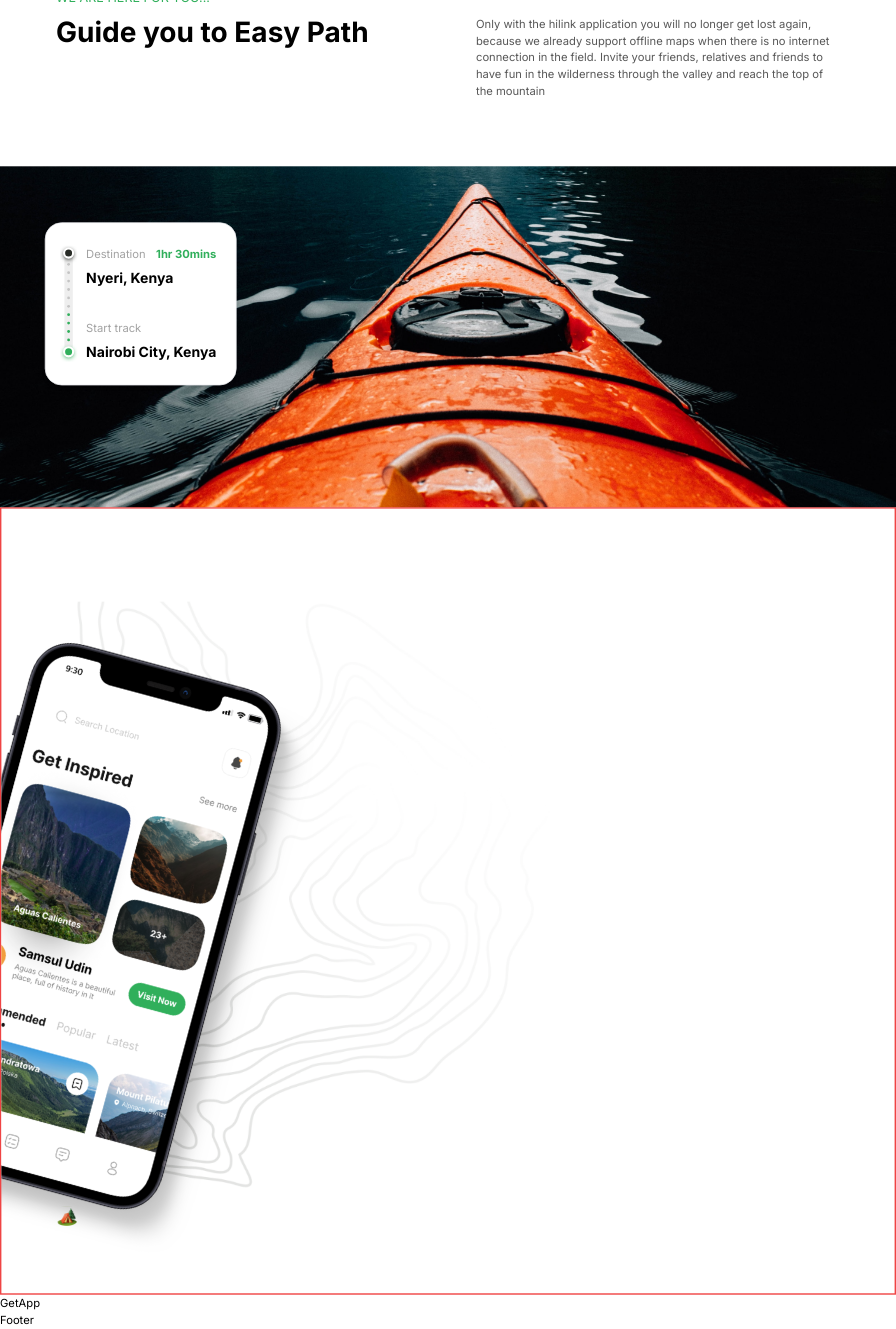
Repository: martin-raphael/travel_agency
Page: /
These files come from the project's save history. The page is drawn as it stood at one moment and after the next save; the edit follows.
The browser window is 1280 px wide. The pictures show the part of the page from y = 1891 to 3811 px (the page is 3789 px tall before and 3811 px after), at 70% of full size.
The project was rebuilt for these pictures with package versions that can differ from the ones it lists, and the page was loaded fresh each time. The framework's server and built-in components were replaced by stand-ins that run in the browser. Also part of the build but not shown: next.config.mjs.

Above is the page before, as saved 2024-08-09 00:54:12.

### app/layout.tsx
import type { Metadata } from "next";
import Navbar from "@/components/Navbar";
import Footer from "@/components/Footer";
import "./globals.css";

export const metadata: Metadata = {
  title: "Travel App",
  description: "Beauty of Nature",
};

export default function RootLayout({
  children,
}: Readonly<{
  children: React.ReactNode;
}>) {
  return (
    <html lang="en">
      <body>
        <Navbar />
        <main className="relative overflow-hidden">{children}</main>
        <Footer />
      </body>
    </html>
  );
}

### components/Navbar.tsx
import { NAV_LINKS } from "@/constants";
import Image from "next/image";
import Link from "next/link";
import React from "react";
import Button from "./Button";

const Navbar = () => {
  return (
    <nav className=" flexBetween max-container padding-container relative z-30 py-3">
      <Link href="/">
        <Image src="/hilink-logo.svg" alt="logo" width={74} height={29} />
      </Link>
      <ul className="hidden h-full gap-12 lg:flex">
        {NAV_LINKS.map((link) => (
          <Link
            href={link.href}
            key={link.key}
            className="regular-16 text-gray-50 flexCenter cursor-pointer pb-1.5 transition-all hover:font-bold"
          >
            {link.label}
          </Link>
        ))}
      </ul>

      <div className=" lg:flexCenter hidden">
        <Button
          type="button"
          title="Get Started"
          icon="/user.svg"
          variant="btn_dark_green"
        />
      </div>
      <Image
        src="menu.svg"
        alt="menu"
        width={32}
        height={32}
        className="inline-block cursor-pointer lg:hidden"
      />
    </nav>
  );
};

export default Navbar;

### components/Camp.tsx
import { PEOPLE_URL } from "@/constants";
import Image from "next/image";
import React from "react";
interface CampProps {
  backgroundImage: string;
  title: string;
  subtitle: string;
  peopleJoined: string;
}

const CampSite = ({
  backgroundImage,
  title,
  subtitle,
  peopleJoined,
}: CampProps) => {
  return (
    <div
      className={`h-full w-full min-w-[1100px] ${backgroundImage}
  bg-cover bg-no-repeat lg:rounded-r-5xl 2xl:rounded-5xl`}
    >
      <div className="flex h-full flex-col items-start justify-between p-6 lg:px-20 lg:py-10">
        <div className="flexCenter gap-4">
          <div className="rounded-full bg-green-50 p-4">
            <Image
            src="/folded-map.svg"
            alt="map"
            width={28}
            height={28} />
          </div>
          <div className="flex flex-col gap-1">
            <h4 className="bold-18 text-white"> {title}</h4>
            <p className="regular-14 text-white"> {subtitle}</p>
          </div>
        </div>

        <div className="flexCenter gap-6 ">
          <span className="flex -space-x-4 overflow-hidden">
            {PEOPLE_URL.map((url) => (
              <Image
              className="inline-block h-10 w-10 rounded-full"
              src={url}
              key={url}
              alt="people"
              width={52}
              height={52} />
            ))}
          </span>
          <p className="bold-16 md:bold-20 text-white"> {peopleJoined}</p>
        </div>
      </div>
    </div>
  );
};

const Camp = () => {
  return (
    <section
      className=" 2xl:max-container relative flex flex-col py-10 lg:mb-10 lg:py-20 xl:mb-20"
    >
      <div
        className="hide-scrollbar flex h-[340px] w-full items-start
      justify-start gap-8 overflow-x-auto lg:h-[400px] xl:h-[640px]"
      >
        <CampSite
          backgroundImage="bg-bg-img-1"
          title="Luxury Camp site"
          subtitle="Nyeri, Kenya"
          peopleJoined="300+ visited"
        />
        <CampSite
         backgroundImage="bg-bg-img-2"
         title="The Ranch Camp site"
         subtitle="Kirinyaga, Kenya"
         peopleJoined="800+ visited" />
      </div>
      <div className="flexEnd mt-10 px-6 lg:-mt-60 lg:mr-6">
          <div className="bg-green-50 p-8 lg:max-w-[500px] xl:max-w-[734px]
          xl:rounded-5xl xl:px-16 xl:py-20 relative w-full overflow-hidden rounded-3xl">
            <h2 className="regular-24 md:regular-32 2xl:regular-64 capitalize text-white">
              <strong>Feeling lost</strong> and you want to explore the Central Kenya?
            </h2>
            <p className="regular-14 xl:regular-16 mt-5 text-white">Starting from the anxiety of the climbers when visiting a new climbing location, the possibility of getting lost is very large.
               That&apos;s why we are here for those of you who want to start an adventure.</p>

               <Image src="/quote.svg" alt="Quote" width={186} height={219} className="camp-quote"/>

          </div>
      </div>
    </section>
  );
};

export default Camp;

### components/Features.tsx
import Image from "next/image";
import React from "react";

const Features = () => {
  return (
    <section
      className="border-2 border-red-500 flex-col flexCenter overflow-hidden bg-feature-bg
    bg-center bg-no-repeat py-24"
    >
      <div className="max-container padding-container relative w-full justify-end">
        <div className="flex flex-1 lg:min-h-[900px]">
          <Image
          className="feature-phone"
          src="/phone.png"
          alt="phone"
          width={440}
          height={1000}/>
        </div>
        <div className="z-20 flex w-full flex-col lg:w-[60%]">
          <div className="relative">
            <Image
            src="/camp.svg"
            alt="camp"
            width={28}
            height={28}/>

          </div>

        </div>
      </div>
    </section>
  );
};

export default Features;

### components/Guide.tsx
import Image from "next/image";
import React from "react";

const Guide = () => {
  return (
    <section className="flexCenter flex-col">
      <div className=" padding-container max-container w-full pb-24">
        <Image src="/camp.svg" alt="camp" width={50} height={50} />
        <p className="uppercase regular-18 -mt-1 mb-3 text-green-50">
          We are here for you...
        </p>
        <div className="flex flex-wrap justify-between gap-5 lg:gap-10">
          <h2 className="bold-40 lg:bold-60 xl:mx-w-[390px]">
            Guide you to Easy Path
          </h2>
          <p className="regular-16 text-gray-50 xl:max-w-[520px]">
            Only with the hilink application you will no longer get lost again,
            because we already support offline maps when there is no internet
            connection in the field. Invite your friends, relatives and friends
            to have fun in the wilderness through the valley and reach the top
            of the mountain
          </p>
        </div>
      </div>
      <div className="flexCenter max-container relative w-full ">
        <Image
          className="w-full object-cover object-center 2xl:rounded-5xl"
          src="/boat.png"
          alt="boat"
          width={1440}
          height={580}
        />

        <div className="absolute flex bg-white py-8 pl-5 pr-7 gap-3 rounded-3xl border
        shadow-md md:left-[5%] lg:top-20">
          <Image
          className="h-full w-auto"
          src="/meter.svg"
          alt="meter"
          width={16}
          height={158}/>
          <div className="flexBetween flex-col">
              <div className="flex w-full flex-col">
                <div className="flexBetween w-full">
                  <p className="regular-16 text-gray-20">Destination </p>
                  <p className="bold-16 text-green-50"> 1hr 30mins</p>
                </div>
                <p className="bold-20 mt-2">Nyeri, Kenya</p>
              </div>
              <div className="flex w-full flex-col">
                  <p className="regular-16 text-gray-20">Start track </p>
                  <h4 className="bold-20 mt-2 whitespace-nowrap"> Nairobi City, Kenya</h4>
              </div>
          </div>

        </div>
      </div>
    </section>
  );
};

export default Guide;

### components/Hero.tsx
import Image from "next/image";
import React from "react";
import Button from "./Button";

const Hero = () => {
  return (
    <section
      className=" max-container padding-container flex
    flex-col gap-20 lg:py-20 py-10 pb-32 md:gap-28 xl:flex-row
    "
    >
      <div className="hero-map" />

      {/* LEFT SIDE-*/}

      <div className="relative z-20 flex flex-1 flex-col xl:w-1/2">
        <Image
          src="/camp.svg"
          alt="camp"
          width={50}
          height={50}
          className="absolute left-[-5px] top-[-30px] w-10 lg:w-[50px]"
        />
        <h1 className="bold-52 lg:bold-88"> Central Kenya Camp Site</h1>
        <p className="regular-16 mt-6 text-gray-30 xl:max-w-[520px]">
          We want to be on each of your journeys seeking the satisfaction of
          seeing the incorruptible beauty of nature. We can help you on an
          adventure around the world in just one app
        </p>

        <div className="my-11 flex flex-wrap gap-5">
          <div className="flex items-center gap-2">
            {Array(5)
              .fill(1)
              .map((_, index) => (
                <Image
                  src="/star.svg"
                  alt="Ratings"
                  key={index}
                  width={24}
                  height={24}
                />
              ))}
          </div>
          <p className="bold-16 lg:bold-20 text-blue-70">
            200K
            <span className="regular-16 lg:regular-20 ml-1 underline">
              Excellent Reviews
            </span>
          </p>
        </div>
        <div className="flex flex-col w-full gap-3 sm:flex-row">
          <Button type="button" title="Download App" variant="btn_green" />

          <Button
            type="button"
            title="How we work? "
            icon="/play.svg"
            variant="btn_white"
          />
        </div>
      </div>

      <div className="relative flex flex-1 items-start">
        <div className="relative z-20  w-[268px] flex flex-col gap-8 rounded-3xl bg-green-90 px-7 py-8">
          <div className="flex flex-col">
            <div className="flexBetween">
              <p className="regular-16 text-gray-20">Location</p>
              <Image src="/close.svg" alt="close" width={24} height={24} />
            </div>
            <p className="bold-20 text-white"> Nyeri Region</p>
          </div>
            <div className="flexBetween">
              <div className="flex flex-col">
                <p className="regular-16 block text-gray-20">Distance</p>
                <p className="bold-20 text-white"> 4,420 mi</p>
              </div>
              <div className="flex flex-col">
                <p className="regular-16 block text-gray-20">Elavation</p>
                <p className="bold-20 text-white"> 2.040 km</p>
              </div>
            </div>
          </div>
        </div>

    </section>
  );
};

export default Hero;

### components/Button.tsx
import Image from "next/image";

type ButtonProps = {
  type: "button" | "submit";
  title: string;
  icon?: string;
  variant?: string;
  full?:boolean;
};

const Button = ({ type, title, icon, variant, full }: ButtonProps) => {
  return (
    <button
      className={`flexCenter gap-4 rounded-full border ${variant} ${full && 'w-full'}`}
      type={type}
    >
      {icon && <Image src={icon} alt={title} width={24} height={24} />}
      <label className=" bold-16 whitespace-nowrap cursor-pointer">{title}</label>
    </button>
  );
};

export default Button;

Loaded but not shown: app/page.tsx (common file); components/Footer.tsx (common file); app/globals.css (common file); components/GetApp.tsx (common file); constants/index.ts (common file); tailwind.config.ts (common file)

After the next save:
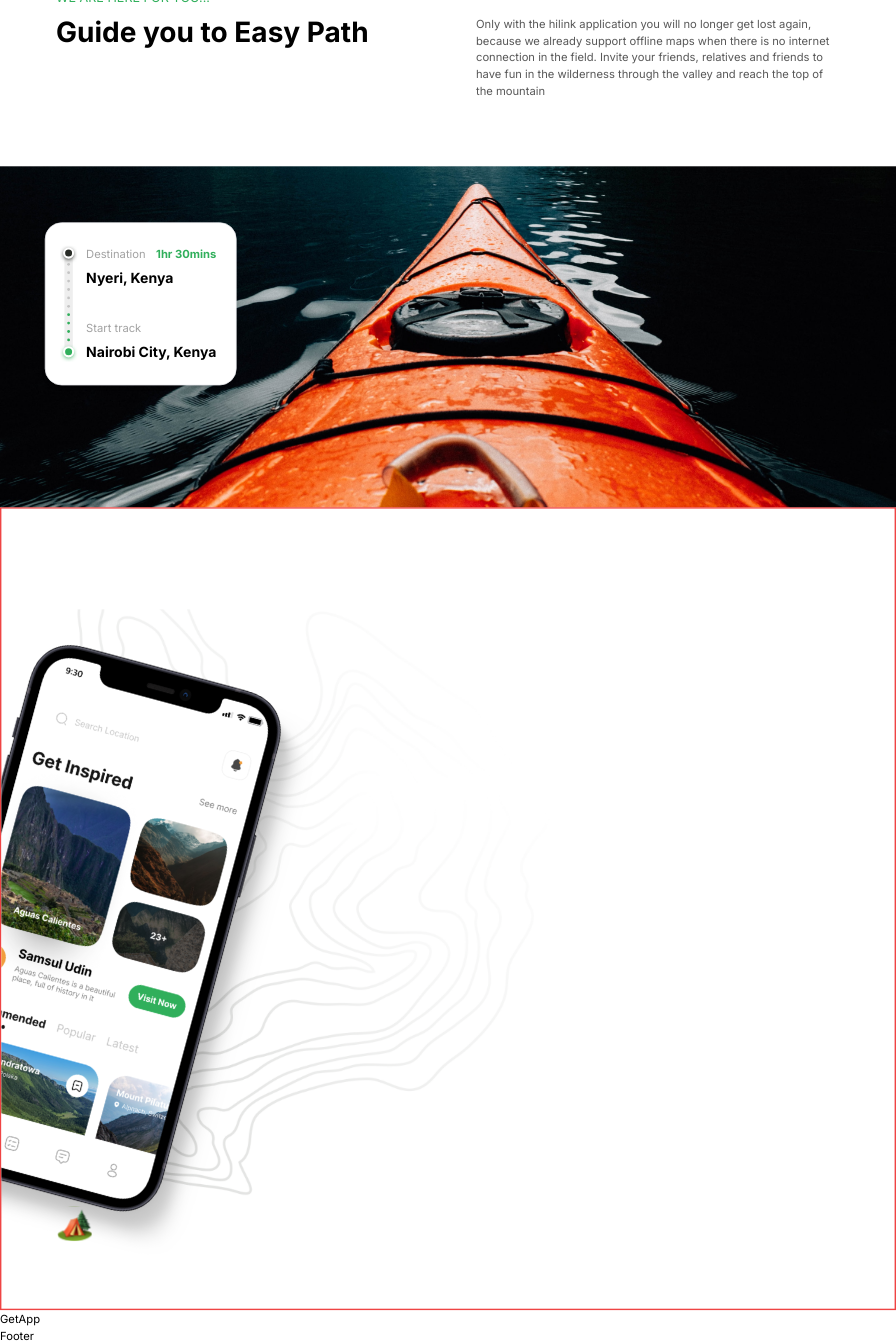
Saved 13 s later.
--- a/components/Features.tsx
+++ b/components/Features.tsx
@@ -21,8 +21,8 @@ const Features = () => {
             <Image
             src="/camp.svg"
             alt="camp"
-            width={28}
-            height={28}/>
+            width={50}
+            height={50}/>
 
           </div>
 
